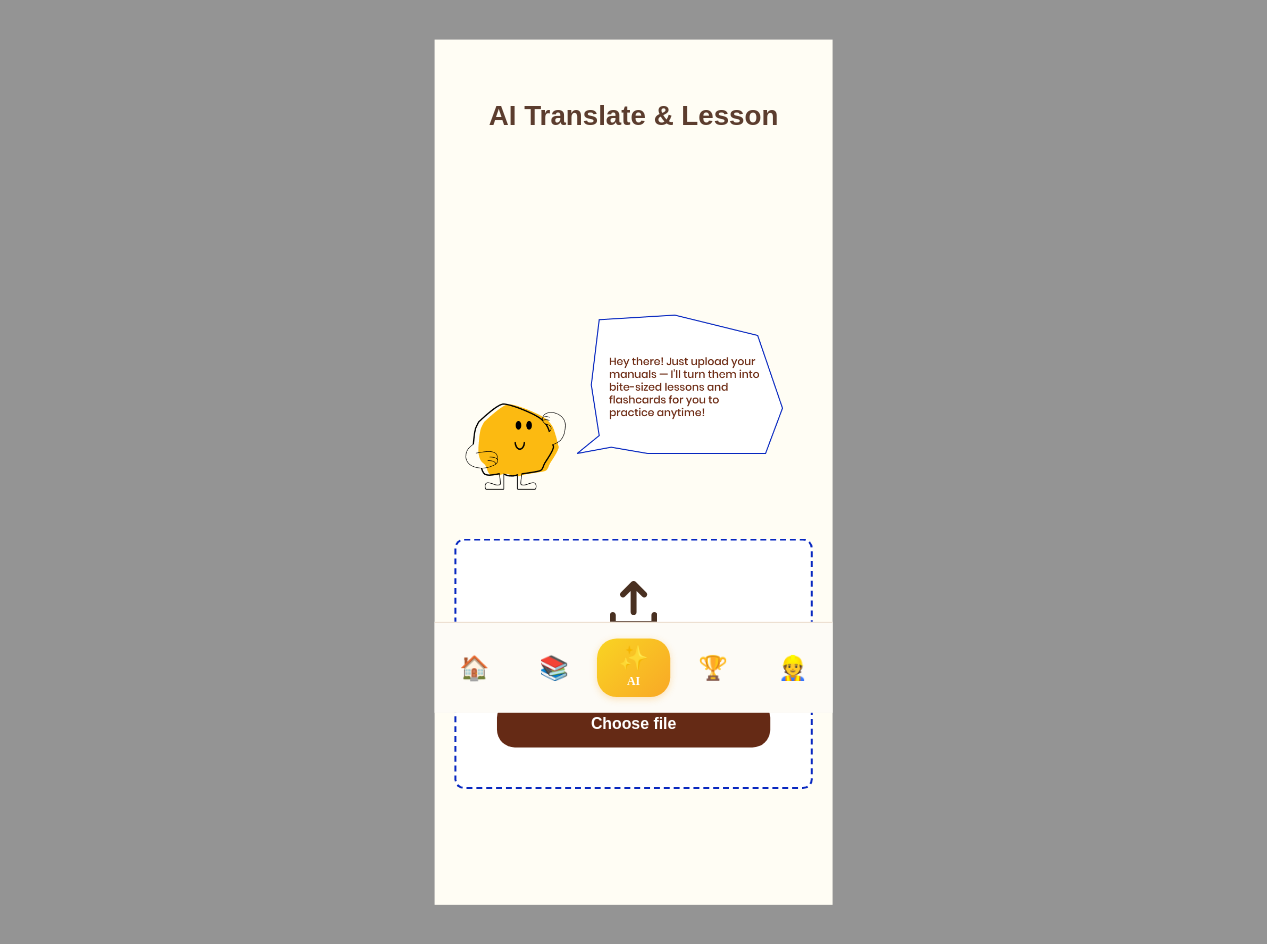
Repository: richelletiongson/Jargon_FrontendShowcase
Page: / (app in jargon_frontend/)
The author's editor kept a copy of each file at every save. The page is drawn from the files as they stood at one save, then again after the next save.
The browser window is 1280 px wide. The pictures show the whole page, at 99% of full size.
The project was rebuilt for these pictures with package versions that can differ from the ones it lists, and the page was loaded fresh each time. Also part of the build but not shown: jargon_frontend/vite.config.js, jargon_frontend/src/index.css, jargon_frontend/src/home_pages/Home.jsx, jargon_frontend/src/course_pages/Course.jsx, jargon_frontend/src/charts_pages/Charts.jsx, jargon_frontend/src/profile_pages/Profile.jsx.

Above is the page before, as saved 2025-10-22 16:48:48.

### jargon_frontend/index.html
<!doctype html>
<html lang="en">
  <head>
    <meta charset="UTF-8" />
    <link rel="icon" type="image/svg+xml" href="/vite.svg" />
    <meta name="viewport" content="width=device-width, initial-scale=1.0" />
    <title>jargon_frontend</title>
  </head>
  <body>
    <div id="root"></div>
    <script type="module" src="/src/main.jsx"></script>
  </body>
</html>

### jargon_frontend/src/App.jsx
import './App.css'
import NavBar from "./components/NavBar";
import { BrowserRouter, Routes, Route } from "react-router-dom";
import Home from "./home_pages/Home";
import Course from "./course_pages/Course";
import AI from "./ai_pages/AI";
import Charts from "./charts_pages/Charts";
import Profile from "./profile_pages/Profile";

function App() {
  return (
    <BrowserRouter>
            <div className='page'>
                <main className='main-content'>
                    <Routes>
                        <Route
                            path='/'
                            element={<AI />}
                        />
                        <Route
                            path='/home'
                            element={<Home />}
                        />
                        <Route
                            path='/course'
                            element={<Course />}
                        />
                        <Route
                            path='/ai'
                            element={<AI />}
                        />
                        <Route
                            path='/charts'
                            element={<Charts />}
                        />
                        <Route
                            path='/profile'
                            element={<Profile />}
                        />

                    </Routes>
                </main>
                <NavBar />
            </div>
        </BrowserRouter>
  )
}

export default App

### jargon_frontend/src/App.css
* {
  padding: 0;
  margin: 0;
}
main {
  background-color: #949494;
  padding: 0 0 80px 0;
}

### jargon_frontend/src/components/NavBar.jsx
import React from 'react';
import { Link, useLocation } from 'react-router-dom';
import './NavBar.css';

const NavBar = () => {
  const location = useLocation();

  return (
    <div className="bottom-nav">
      <Link to="/home" className={`nav-item ${location.pathname === '/home' ? 'active' : ''}`}>
        <div className="nav-icon">🏠</div>
      </Link>
      <Link to="/course" className={`nav-item ${location.pathname === '/course' ? 'active' : ''}`}>
        <div className="nav-icon">📚</div>
      </Link>
      <Link to="/" className={`nav-item ${location.pathname === '/' ? 'active' : ''}`}>
        <div className="nav-icon">✨</div>
        <span className="nav-text">AI</span>
      </Link>
      <Link to="/charts" className={`nav-item ${location.pathname === '/charts' ? 'active' : ''}`}>
        <div className="nav-icon">🏆</div>
      </Link>
      <Link to="/profile" className={`nav-item ${location.pathname === '/profile' ? 'active' : ''}`}>
        <div className="nav-icon">👷</div>
      </Link>
    </div>
  );
};

export default NavBar;

### jargon_frontend/src/ai_pages/AI.jsx
import React, { useState } from 'react';
import './AI.css';
import UploadIcon from '../assets/Upload_Icon.svg';
import RockyImage from '../assets/AI_Rocky.PNG';

const AI = () => {
  const [selectedFile, setSelectedFile] = useState(null);

  const handleFileChange = (event) => {
    const file = event.target.files[0];
    if (file) {
      setSelectedFile(file);
    }
  };

  return (
    <div className="ai-page">
              <h1 className="page-title">AI Translate & Lesson</h1>
      {/* Main Content */}
      <div className="main-content">
        <div className='rocky-container'>
          <img src={RockyImage} alt="Rocky" className="rocky-image" />
        </div>
        <div className="file-upload-container">
          <div className="file-upload-area">
            <img src={UploadIcon} alt="Upload" className="upload-icon" />
            <p className="upload-text">Upload your PDF file (max 50 MB)</p>
            <input
              type="file"
              id="file-input"
              accept=".pdf"
              onChange={handleFileChange}
              style={{ display: 'none' }}
            />
            <label htmlFor="file-input" className="choose-file-btn">
              Choose file
            </label>
            {selectedFile && (
              <p className="selected-file">Selected: {selectedFile.name}</p>
            )}
          </div>
        </div>
      </div>

    </div>
  );
};

export default AI;

### jargon_frontend/src/components/NavBar.css
/* Bottom Navigation Styles */
.bottom-nav {
  display: flex;
  justify-content: space-around;
  align-items: center;
  background-color: #FDFBF6;
  padding: 16px 0;
  width: 402px;
  border-top: 1px solid #E8D5C4;
  position: fixed;
  bottom: 0;
  left: 50%;
  transform: translateX(-50%);
  z-index: 100;
}

.nav-item {
  display: flex;
  flex-direction: column;
  align-items: center;
  gap: 4px;
  padding: 8px 12px;
  border-radius: 20px;
  transition: all 0.3s ease;
  cursor: pointer;
  min-width: 50px;
  text-decoration: none;
  color: inherit;
}

.nav-item:hover {
  background-color: #F5F0E8;
}

.nav-item.active {
  background: linear-gradient(135deg, #F9D423 0%, #F9A826 100%);
  color: white;
  box-shadow: 0 2px 8px rgba(249, 164, 38, 0.3);
}

.nav-icon {
  font-size: 24px;
  line-height: 1;
}

.nav-text {
  font-size: 12px;
  font-weight: 600;
  color: inherit;
}

.nav-item:not(.active) .nav-icon {
  color: #5C3D2E;
}

/* Responsive Design */
@media (max-width: 480px) {
  .nav-icon {
    font-size: 20px;
  }

  .nav-text {
    font-size: 10px;
  }
}

### jargon_frontend/src/home_pages/Home.css
/* Home Page Styles */
.home-page {
  min-height: 874px;
  width: 402px;
  background-color: #FFFDF4;
  display: flex;
  flex-direction: column;
  font-family: poppins, sans-serif;
  margin: 0;
  padding: 0;
}

.status-bar {
  display: flex;
  justify-content: space-between;
  align-items: center;
  padding: 12px 20px;
  background-color: #FDFBF6;
  color: #5C3D2E;
  font-size: 16px;
  font-weight: 600;
}

.status-icons {
  display: flex;
  gap: 8px;
  font-size: 18px;
}

.main-content {
  flex: 1;
  padding: 40px 20px;
  display: flex;
  flex-direction: column;
  align-items: center;
  justify-content: center;
  text-align: center;
}

.page-title {
  font-size: 28px;
  font-weight: bold;
  color: #5C3D2E;
  margin-bottom: 20px;
}

.coming-soon {
  color: #5C3D2E;
  font-size: 18px;
  opacity: 0.7;
}

### jargon_frontend/src/course_pages/Course.css
/* Course Page Styles */
.course-page {
  min-height: 874px;
  width: 402px;
  background-color: #FFFDF4;
  display: flex;
  flex-direction: column;
  font-family: poppins, sans-serif;
  margin: 0;
  padding: 0;
}

.status-bar {
  display: flex;
  justify-content: space-between;
  align-items: center;
  padding: 12px 20px;
  background-color: #FDFBF6;
  color: #5C3D2E;
  font-size: 16px;
  font-weight: 600;
}

.status-icons {
  display: flex;
  gap: 8px;
  font-size: 18px;
}

.main-content {
  flex: 1;
  padding: 40px 20px;
  display: flex;
  flex-direction: column;
  align-items: center;
  justify-content: center;
  text-align: center;
}

.page-title {
  font-size: 28px;
  font-weight: bold;
  color: #5C3D2E;
  margin-bottom: 20px;
}

.coming-soon {
  color: #5C3D2E;
  font-size: 18px;
  opacity: 0.7;
}

### jargon_frontend/src/ai_pages/AI.css
/* AI Page Styles */
.ai-page {
  min-height: 874px;
  width: 402px;
  background-color: #FFFDF4;
  display: flex;
  flex-direction: column;
  font-family: poppins, sans-serif;

}

/* Main Content */
.main-content {
  flex: 1;
  padding: 0px 20px;
  padding-bottom: 100px;
  display: flex;
  flex-direction: column;
  align-items: center;
  justify-content: flex-start;
  text-align: center;
}

.page-title {
  font-size: 28px;
  font-weight: bold;
  color: #5C3D2E;
  padding: 60px 20px 0 20px;
  line-height: 1.2;
}

.rocky-container {
  display: flex;
  justify-content: center;
  align-items: center;

}

.rocky-image {
  width: 120%;
  max-width: 120%;
  height: auto;
  border-radius: 8px;
}

.file-upload-container {
  width: 100%;
  max-width: 400px;
  margin: 0 auto;
}

.file-upload-area {
  background-color: white;
  border: 2px dashed #0828C0;
  border-radius: 10px;
  padding: 40px 20px;
  display: flex;
  flex-direction: column;
  align-items: center;
  gap: 20px;
}

.upload-icon {
  width: 48px;
  height: 48px;
  color: #6F2E17;
  margin-bottom: 10px;
}

.upload-text {
  color: #5C3D2E;
  font-size: 16px;
  margin: 0;
  line-height: 1.4;
}

.choose-file-btn {
  background-color: #652A15;
  color: white;
  border-radius: 18px;
  border: none;
  font-size: 16px;
  font-weight: 600;
  display: flex;
  justify-content: center;
  align-items: center;
  width: 276px;
  height: 48px;
}

.selected-file {
  color: #5C3D2E;
  font-size: 14px;
  margin: 10px 0 0 0;
  font-style: italic;
}

### jargon_frontend/src/charts_pages/Charts.css
/* Charts Page Styles */
.charts-page {
  min-height: 874px;
  width: 402px;
  background-color: #FFFDF4;
  display: flex;
  flex-direction: column;
  font-family: poppins, sans-serif;
  margin: 0;
  padding: 0;
}

.status-bar {
  display: flex;
  justify-content: space-between;
  align-items: center;
  padding: 12px 20px;
  background-color: #FDFBF6;
  color: #5C3D2E;
  font-size: 16px;
  font-weight: 600;
}

.status-icons {
  display: flex;
  gap: 8px;
  font-size: 18px;
}

.main-content {
  flex: 1;
  padding: 40px 20px;
  display: flex;
  flex-direction: column;
  align-items: center;
  justify-content: center;
  text-align: center;
}

.page-title {
  font-size: 28px;
  font-weight: bold;
  color: #5C3D2E;
  margin-bottom: 20px;
}

.coming-soon {
  color: #5C3D2E;
  font-size: 18px;
  opacity: 0.7;
}

### jargon_frontend/src/profile_pages/Profile.css
/* Profile Page Styles */
.profile-page {
  min-height: 874px;
  width: 402px;
  background-color: #FFFDF4;
  display: flex;
  flex-direction: column;
  font-family: poppins, sans-serif;
  margin: 0;
  padding: 0;
}

.status-bar {
  display: flex;
  justify-content: space-between;
  align-items: center;
  padding: 12px 20px;
  background-color: #FDFBF6;
  color: #5C3D2E;
  font-size: 16px;
  font-weight: 600;
}

.status-icons {
  display: flex;
  gap: 8px;
  font-size: 18px;
}

.main-content {
  flex: 1;
  padding: 40px 20px;
  display: flex;
  flex-direction: column;
  align-items: center;
  justify-content: center;
  text-align: center;
}

.page-title {
  font-size: 28px;
  font-weight: bold;
  color: #5C3D2E;
  margin-bottom: 20px;
}

.coming-soon {
  color: #5C3D2E;
  font-size: 18px;
  opacity: 0.7;
}

Loaded but not shown: jargon_frontend/src/main.jsx (common file)

After the next save:
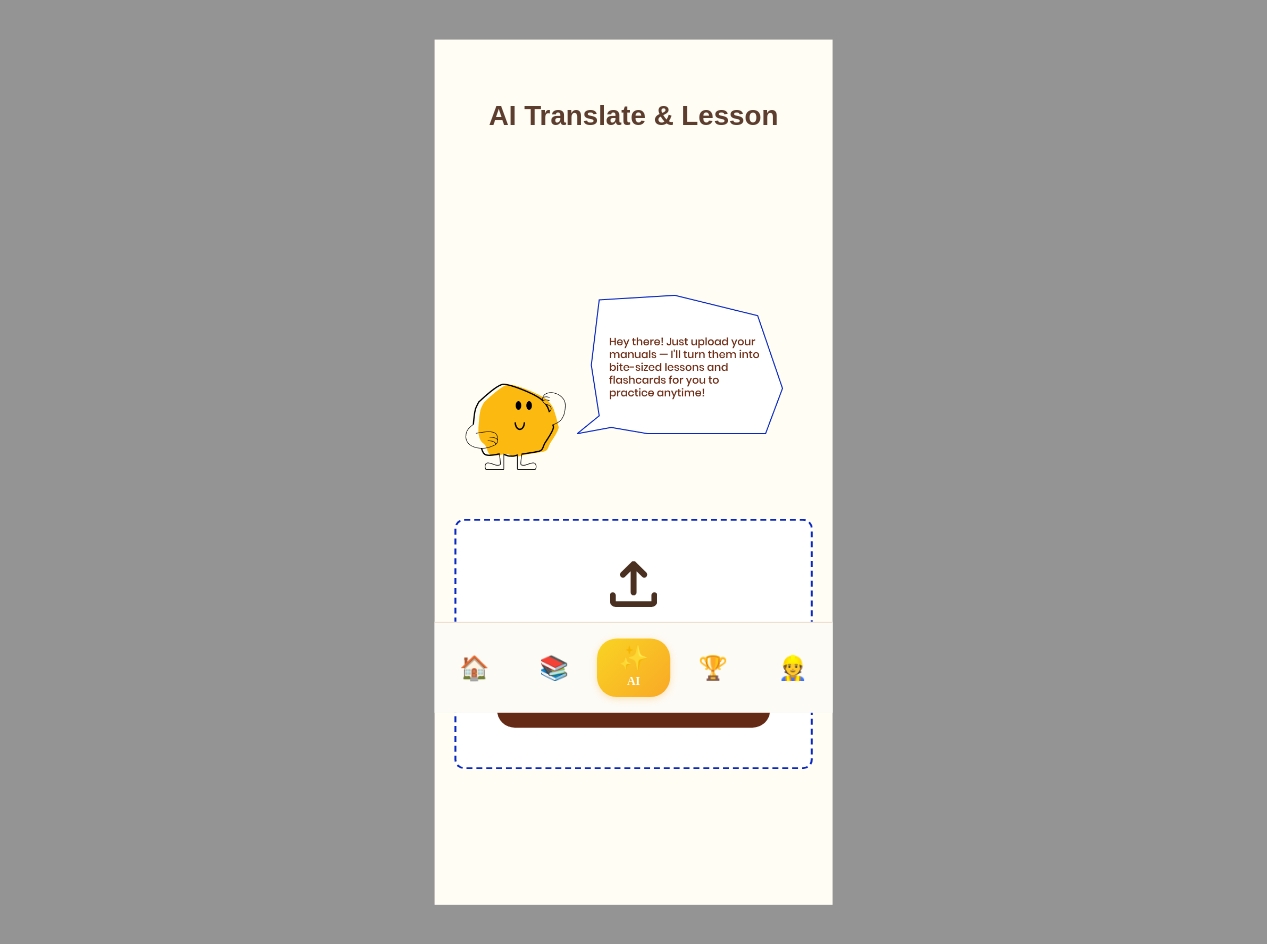
Saved 37 s later.
--- a/jargon_frontend/src/ai_pages/AI.css
+++ b/jargon_frontend/src/ai_pages/AI.css
@@ -13,7 +13,6 @@
 .main-content {
   flex: 1;
   padding: 0px 20px;
-  padding-bottom: 100px;
   display: flex;
   flex-direction: column;
   align-items: center;
@@ -47,6 +46,7 @@
   width: 100%;
   max-width: 400px;
   margin: 0 auto;
+  padding-bottom: 40px;
 }
 
 .file-upload-area {
